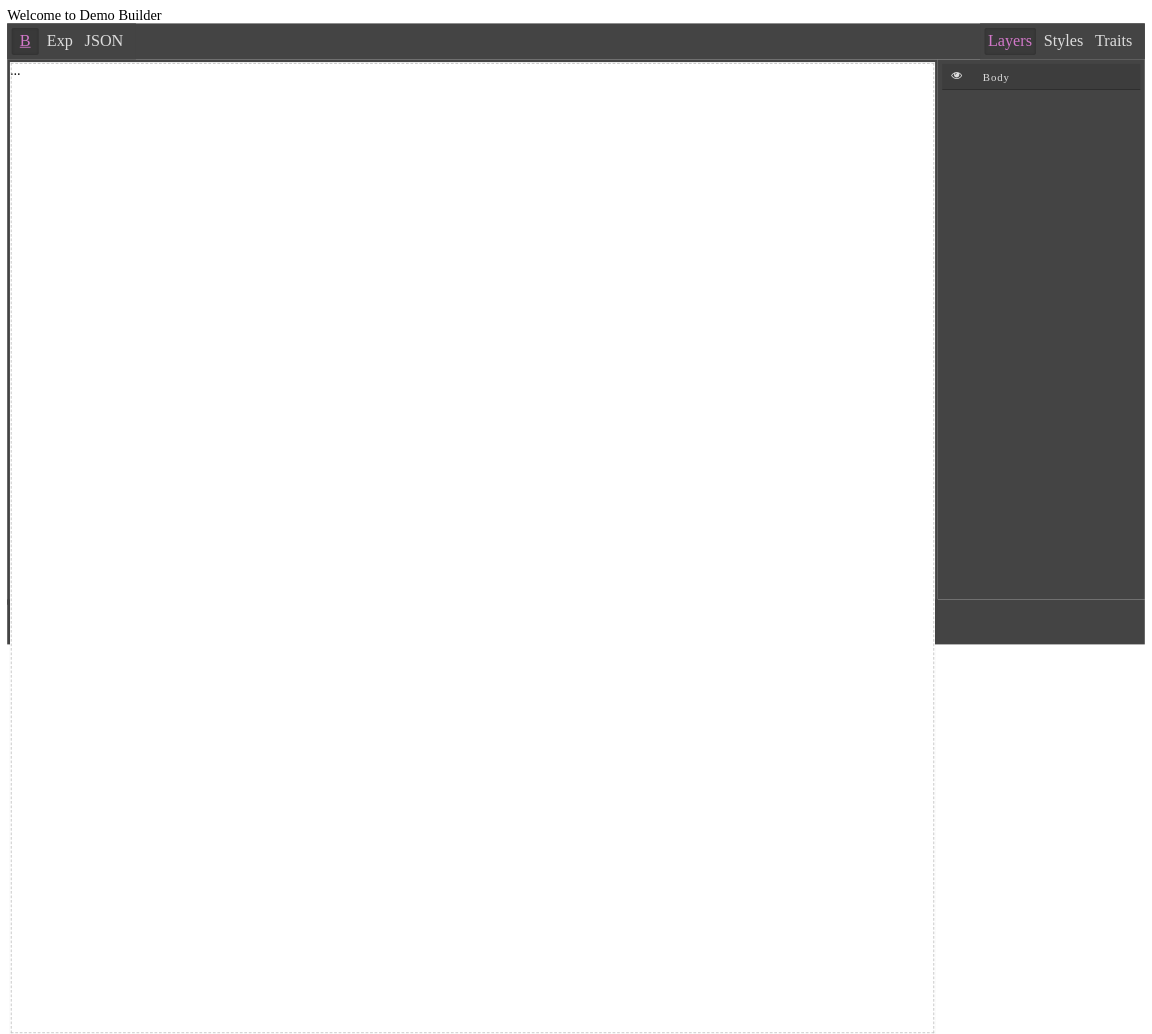
Repository: adityakulkarni000/DemoBuilder
Page: index.html
An editor plug-in stored every save of this project. The page is shown before and after the next save, followed by the edit.
The browser window is 1280 px wide. The pictures show the whole page, at 90% of full size.

Above is the page before, as saved 2022-06-19 01:49:57.

After the next save:
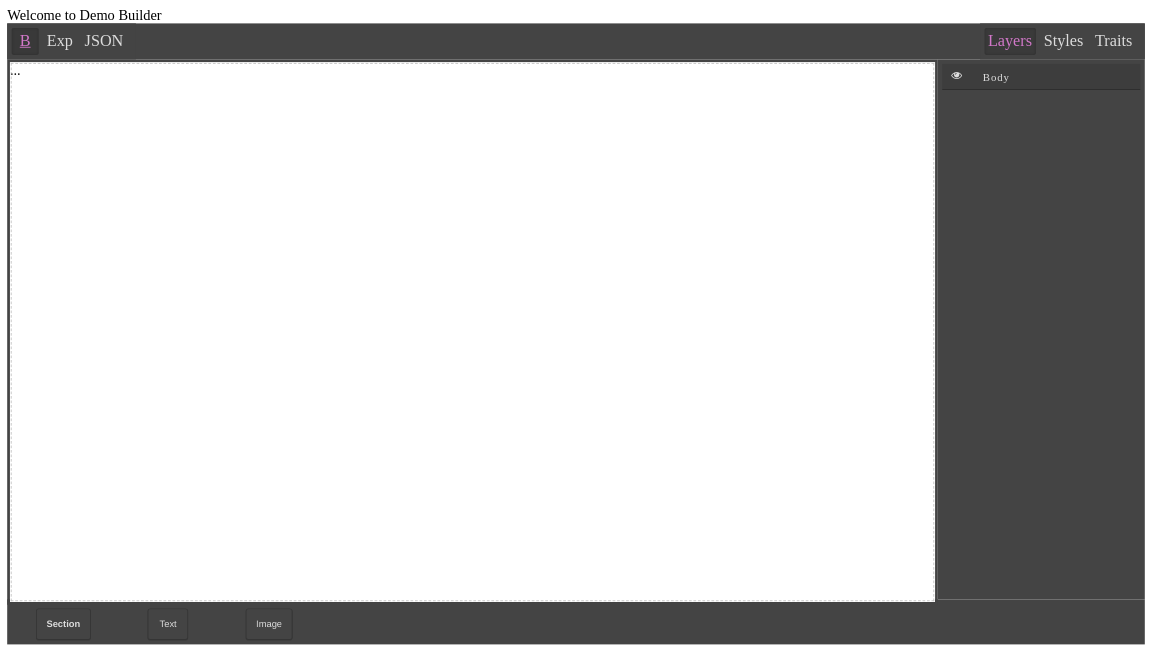
Saved 17 s later.
--- a/index.html
+++ b/index.html
@@ -14,7 +14,7 @@
     .gjs-cv-canvas {
       top: 0;
       width: 100%;
-      height: 180%;
+      height: 100%;
     }
     .gjs-block {
       width: auto;
